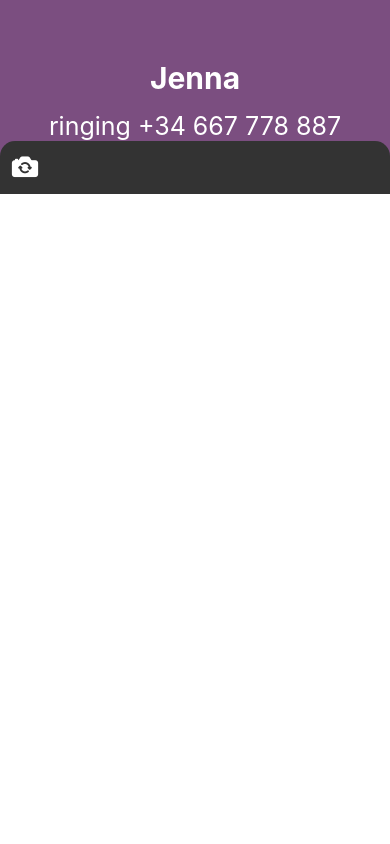
Repository: JennaFi/VideoCallApp
Screen: /
The author's editor kept a copy of each file at every save. The screen is drawn from the files as they stood at one save, then again after the next save.
The app was drawn by React Native's web renderer in a window 390 px wide. The project was rebuilt for these pictures with package versions that can differ from the ones it lists, and the page was loaded fresh each time.

Above is the screen before, as saved 2022-01-12 00:12:39.

After the next save:
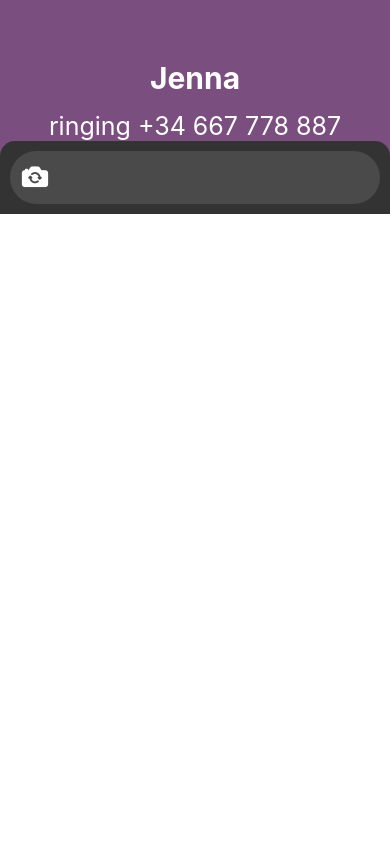
Saved 78 s later.
--- a/src/screens/CallingScreen/index.js
+++ b/src/screens/CallingScreen/index.js
@@ -10,7 +10,7 @@ const CallingScreen = () => {
         <Text style={styles.phoneNumber}>ringing +34 667 778 887</Text>
       </View>
       <View style={styles.buttonsContainer}>
-        <View>
+        <View style={styles.iconButton}>
           <Ionicons name='ios-camera-reverse' size={30} color={'white'} />
 
         </View>
@@ -60,6 +60,11 @@ const styles = StyleSheet.create({
     borderTopRightRadius: 15,
 
 
+  },
+  iconButton: {
+    backgroundColor: '#4a4a4a',
+    padding: 10,
+    borderRadius: 50
   }
 })
 
